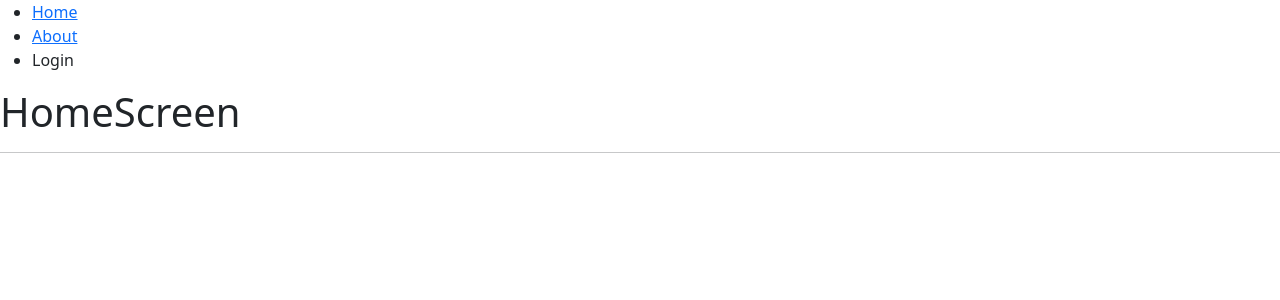
Repository: FlamesAlejandro/practicaReact
Page: /
The author's editor kept a copy of each file at every save. The page is drawn from the files as they stood at one save, then again after a run of saves.
The browser window is 1280 px wide. The pictures show the whole page.
The project was rebuilt for these pictures with package versions that can differ from the ones it lists, and the page was loaded fresh each time. Also part of the build but not shown: src/components/09-useContext/AboutScreen.js, src/components/09-useContext/LoginScreen.js.

Above is the page before, as saved 2021-06-05 06:08:08.

### public/index.html
<!DOCTYPE html>
<html lang="en">
  <head>
    <meta charset="utf-8" />
    <link rel="icon" href="%PUBLIC_URL%/favicon.ico" />
    <meta name="viewport" content="width=device-width, initial-scale=1" />
    <meta name="theme-color" content="#000000" />
    <meta
      name="description"
      content="Web site created using create-react-app"
    />

    <!--
      manifest.json provides metadata used when your web app is installed on a
      user's mobile device or desktop. See https://developers.google.com/web/fundamentals/web-app-manifest/
    -->
    <link rel="manifest" href="%PUBLIC_URL%/manifest.json" />
    <!--
      Notice the use of %PUBLIC_URL% in the tags above.
      It will be replaced with the URL of the `public` folder during the build.
      Only files inside the `public` folder can be referenced from the HTML.

      Unlike "/favicon.ico" or "favicon.ico", "%PUBLIC_URL%/favicon.ico" will
      work correctly both with client-side routing and a non-root public URL.
      Learn how to configure a non-root public URL by running `npm run build`.
    -->
       <!-- CSS only -->
<link href="https://cdn.jsdelivr.net/npm/bootstrap@5.0.1/dist/css/bootstrap.min.css" rel="stylesheet" integrity="sha384-+0n0xVW2eSR5OomGNYDnhzAbDsOXxcvSN1TPprVMTNDbiYZCxYbOOl7+AMvyTG2x" crossorigin="anonymous"></link>

    <title>Hooks App</title>
  </head>
  <body>
    <noscript>You need to enable JavaScript to run this app.</noscript>
    <div id="root"></div>
    <!--
      This HTML file is a template.
      If you open it directly in the browser, you will see an empty page.

      You can add webfonts, meta tags, or analytics to this file.
      The build step will place the bundled scripts into the <body> tag.

      To begin the development, run `npm start` or `yarn start`.
      To create a production bundle, use `npm run build` or `yarn build`.
    -->
  </body>
</html>

### src/index.js
import React from 'react';
import ReactDOM from 'react-dom';
import { MainApp } from './components/09-useContext/MainApp';
// import { TodoApp } from './components/08-useReducer/TodoApp';
// import { MemoHook } from './components/06-memos/MemoHook';
// import { RealExampleRef } from './components/04-useRef/RealExampleRef';
// import { Layout } from './components/05-useLayoutEffect/LayoutEffect';
// import { Memorize } from './components/06-memos/Memorize';
// import { FocusScreen } from './components/04-useRef/FocusScreen';
// import { MultipleCustomHook } from './components/03-examples/MultipleCustomHook';
// import { FormWithCustomHook } from './components/useEffect/FormWithCustomHook';
// import { SimpleForm } from './components/useEffect/SimpleForm';
// import { CounterApp } from './components/01-useState/CounterApp';
// import { CounterWithCustomHook } from './components/01-useState/CounterWithCustomHook';
// import { HookApp } from './HookApp';
// import { Padre } from './components/07-tarea-memo/Padre';

ReactDOM.render(

    <MainApp />,

  document.getElementById('root')
);


// import './components/08-useReducer/intro-reducer';

### src/components/09-useContext/MainApp.js
import React from 'react'
import { AppRouter } from './AppRouter'

export const MainApp = () => {
    return (
        <div>
            <AppRouter />
        </div>
    )
}

### src/components/09-useContext/AppRouter.js
import React from 'react'

import {
    BrowserRouter as Router,
    Switch,
    Route,
    Link
  } from "react-router-dom";
import { AboutScreen } from './AboutScreen';
import { HomeScreen } from './HomeScreen';
import { LoginScreen } from './LoginScreen';
import { NavBar } from './NavBar';

export const AppRouter = () => {
    return (
        <Router>
            <div>
                <NavBar />
                <Switch>
                    <Route exact path="/about" component={ AboutScreen } />
                    <Route exact path="/login" component={ LoginScreen } />
                    <Route exact path="/" component={ HomeScreen } />
                </Switch>
            </div>
        </Router>
    )
}

### src/components/09-useContext/HomeScreen.js
import React from 'react'

export const HomeScreen = () => {
    return (
        <div>
            <h1>HomeScreen</h1>
            <hr />

        </div>
    )
}

### src/components/09-useContext/NavBar.js
import React from 'react'

export const NavBar = () => {
    return (
        <nav>
            <ul>
                <li>
                    <a href="">Home</a>
                </li>
                <li>
                    <a href="">About</a>
                </li>
                <li>Login</li>
            </ul>
        </nav>
    )
}

After the next 2 saves:
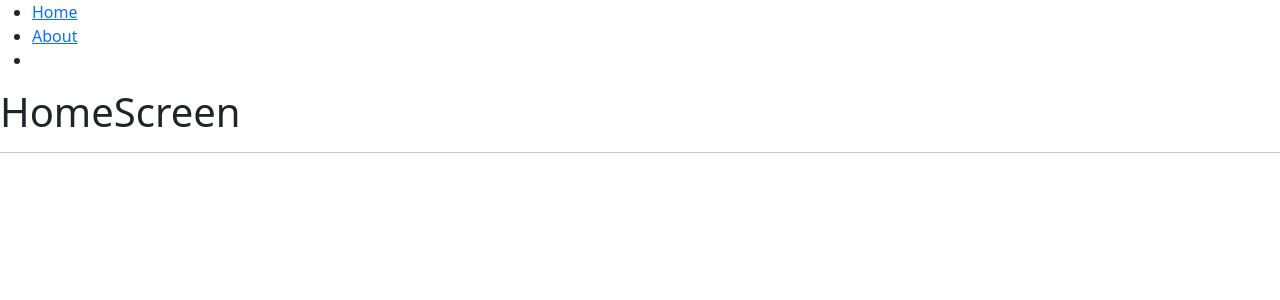
The 2 saves are shown as one change because they came seconds apart.
The last was saved 9 s later.
--- a/src/components/09-useContext/NavBar.js
+++ b/src/components/09-useContext/NavBar.js
@@ -10,7 +10,9 @@ export const NavBar = () => {
                 <li>
                     <a href="">About</a>
                 </li>
-                <li>Login</li>
+                <li>
+                    <a href=""></a>
+                </li>
             </ul>
         </nav>
     )
